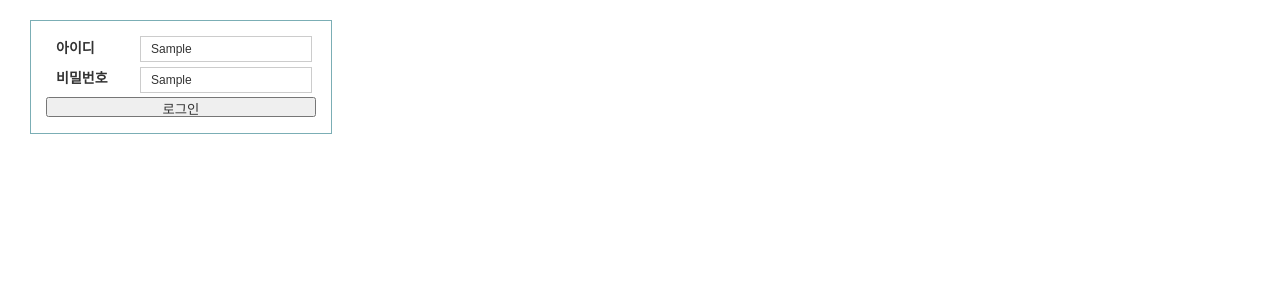
Repository: Choiinhwan11/JAVA
Page: Web/workspace/AJax_jQuery/src/main/webapp/02_xml/exam04.html
An editor plug-in stored every save of this project. The page is shown before and after the next save, followed by the edit.
The browser window is 1280 px wide. The pictures show the whole page.
Empty fields were first filled with sample values (such as "Sample", 5 or name@example.com).
After loading, the first visible `#login` was submitted once.

Above is the page before, as saved 2024-02-16 08:07:07.

### Web/workspace/AJax_jQuery/src/main/webapp/02_xml/exam04.html
<!DOCTYPE html>
<html>
<head>
<meta charset="UTF-8">
<title>Insert title here</title>
<style>
* {
   padding: 0;
   margin: 0;
   color: #333;
}

body {
   padding: 20px 30px;
}

#login fieldset {
   width: 270px;
   padding: 15px;
   border: 1px solid #7BAEB5;
   position: relative;
}

#login fieldset legend {
   display: none;
}

#login label {
   display: inline-block;
   width: 80px;
   font-size: 14px;
   font-weight: bold;
   padding-left: 10px;
   margin-bottom: 10px;
}

#login input[type='text'], #login input[type='password'] {
   border: 1px solid #ccc;
   padding: 3px 10px;
   width: 150px;
   vertical-align: middle;
   font-size: 12px;
   line-height: 150%;
}

#login input[type='submit'] {
   width: 270px;
   height: 20px;
}

.active {
   border: 1px solid #f00 !important;
   background-color: skyblue;
}

#login {
   position: relative;
}

#login fieldset .loader {
   position: absolute;
   left: 0;
   top: 0;
   width: 100%;
   height: 100%;
   background-color: rgba(0, 0, 0, 0.3);
    display: none;
}

#login .loader img {
   position: absolute;
   left: 50%;
   top: 50%;
   margin-left: -5px;
   margin-top: -5px;
}
</style>
</head>
<body>
	<form id="login">

		<fieldset >
			<legend>로그인</legend>
			<div>
				<label for="user_id">아이디</label>
				<input type="text" name="user_id" id="user_id">
			</div>
			<div>
				<label for="user_password">비밀번호</label>
				<input type="text" name="user_password" id="user_password">
			</div>
			<div>
				<input type="submit" value="로그인">
			</div>
			<div class="loader">
				<img src="../image/loader.gif">
			</div>
		</fieldset>
	</form>
	<script src="http://code.jQuery.com/jquery-3.7.1.min.js"></script>
	 <script>
	   $(function(){
		   $('#user_id , #user_password').bind({
			   'focus':function(){
				   $(this).addClass('active');
			   },
			   'blur':function(){
				   $(this).removeClass('active');
			   }
		   });
		   $('#login').bind('submit', function(){
			   var user_id = $('input[name="user_id"]').val();
			  if(!user_id){
				  alert("아이디를 입력하세요.");
				  $('input[name="user_id"]').focus();
				  return false;
			  }
			  var user_password = $('input[name="user_password"]').val();
			  if(!user_password){
				  alert("아이디를 입력하세요.");
				  $('input[name="user_password"]').focus();
				  return false;
			  }
			  $.get('../checkId/checkId.jsp', {'user_id' : user_id}, function(data){
				  console.log(data);
				  var result_txt = $(data).find('result').text();
				  //"true" => true 변환, 문자열 =>boolean 변환
				  var result=  eval("25 + 3");
				  if(result){
					  $('.console').html('<span style="color: red; font-weight: bold;">사용 불가능한 아이디</span>');
				  }else{
					  $('.console').html('<span style="color: red; font-weight: bold;">사용 가능한 아이디</span>');
				  }
			  });



			   return false;

		   });
	   });
	 </script>
</body>
</html>
<!--
.done() / .fail()의 형태

$.ajax({
  url: 'URL',
  type: 'POST',
  data: yourData,
  datatype: 'json'
})
.done(function(data, textStatus, xhr) { });
.fail(function(xhr, textStatus, errorThrown) { });
.always(function(data|xhr, textStatus, xhr|errorThrown) { });
.then(function(data, textStatus, xhr|errorThrown) { });

2. $(this).serialize()
- 데이터를 보내기 위해 폼 요소 집합을 문자열로 인코딩한다.
- 표준 URL-encoded 표기법으로 텍스트 문자열을 만든다.
- 폼 요소 집합을 표현하는 jQuery 객체를 이용한다.
  $('form').submit(
   function() {
      alert($(this).serialize());
      return false;
    }
  );
- 표준형태의 쿼리스트링을 만든다.
  => a=1&b=2&c=3&d=4
 -->

After the next save:
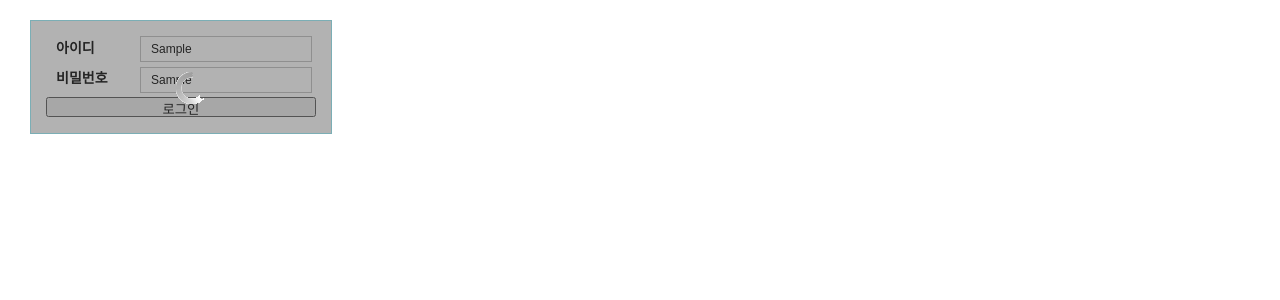
Saved 2 min 14 s later.
--- a/Web/workspace/AJax_jQuery/src/main/webapp/02_xml/exam04.html
+++ b/Web/workspace/AJax_jQuery/src/main/webapp/02_xml/exam04.html
@@ -117,21 +117,11 @@ body {
 			  }
 			  var user_password = $('input[name="user_password"]').val();
 			  if(!user_password){
-				  alert("아이디를 입력하세요.");
+				  alert("비밀번호를 입력하세요.");
 				  $('input[name="user_password"]').focus();
 				  return false;
 			  }
-			  $.get('../checkId/checkId.jsp', {'user_id' : user_id}, function(data){
-				  console.log(data);
-				  var result_txt = $(data).find('result').text();
-				  //"true" => true 변환, 문자열 =>boolean 변환
-				  var result=  eval("25 + 3");
-				  if(result){
-					  $('.console').html('<span style="color: red; font-weight: bold;">사용 불가능한 아이디</span>');
-				  }else{
-					  $('.console').html('<span style="color: red; font-weight: bold;">사용 가능한 아이디</span>');
-				  }
-			  });
+			  $('#login .loader').show();
 
 
 
